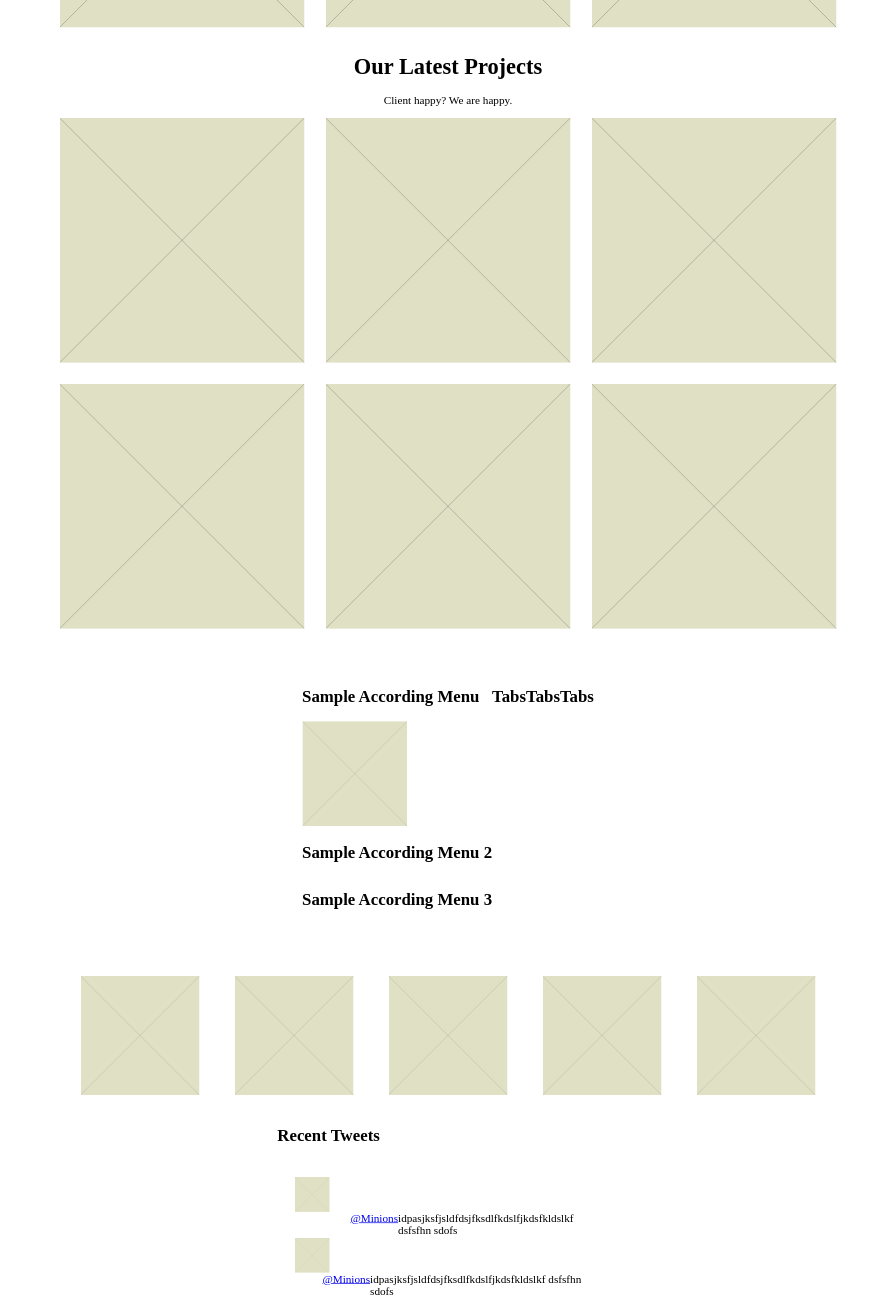
Repository: ReallyNguyen/responsive-web
Page: index.html
An editor plug-in stored every save of this project. The page is shown before and after the next save, followed by the edit.
The browser window is 1280 px wide. The pictures show the part of the page from y = 875 to 2795 px (the page is 2755 px tall before and 2795 px after), at 70% of full size.

Above is the page before, as saved 2023-01-25 21:45:58.

After the next save:
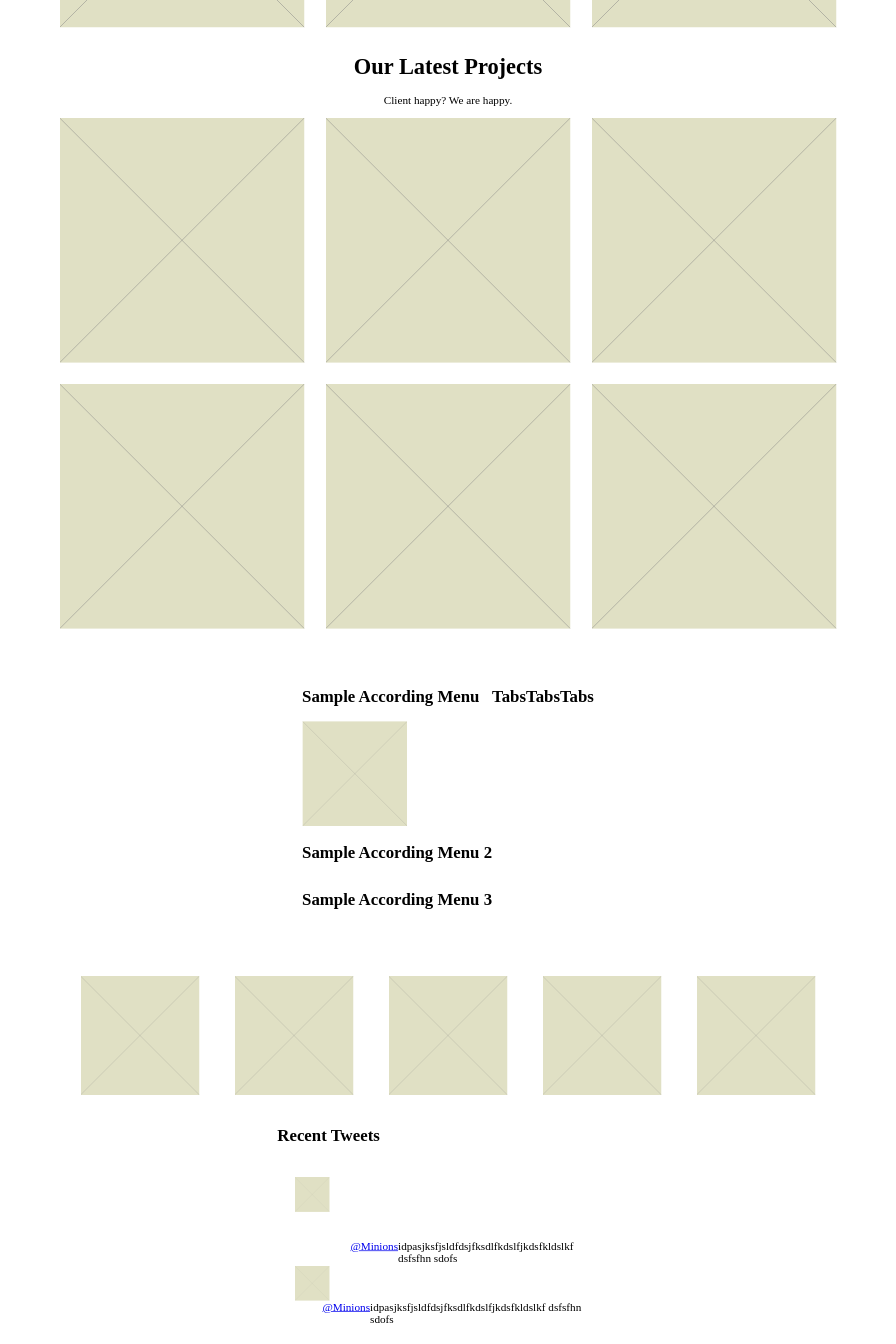
Saved 10 s later.
--- a/css/main.css
+++ b/css/main.css
@@ -22,6 +22,7 @@
   display: flex;
   justify-content: center;
   padding-left: 80px;
+  padding-top: 40px;
 
 }
 

After the save that followed:
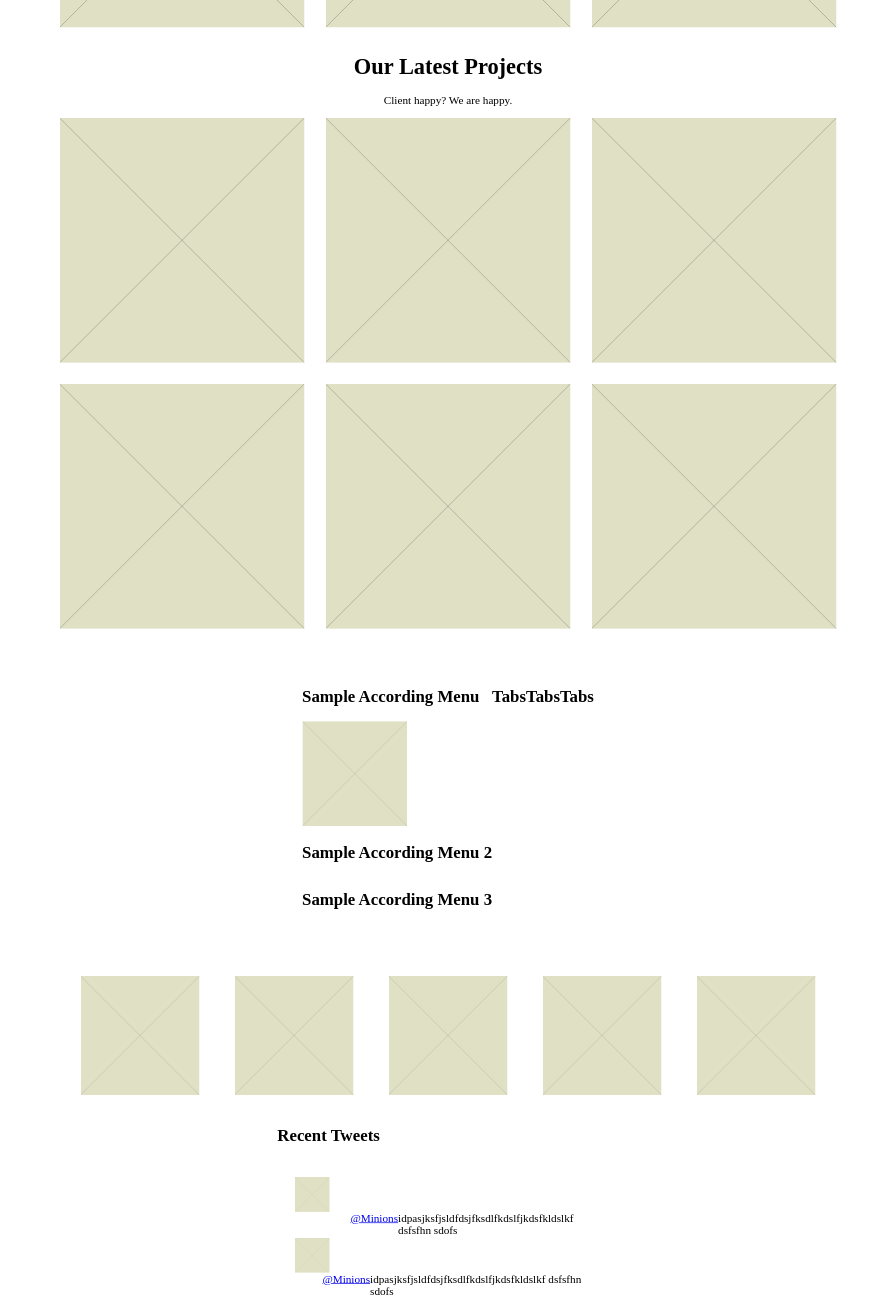
Saved 5 s later.
--- a/css/main.css
+++ b/css/main.css
@@ -22,7 +22,7 @@
   display: flex;
   justify-content: center;
   padding-left: 80px;
-  padding-top: 40px;
+  padding-top: -40px;
 
 }
 
